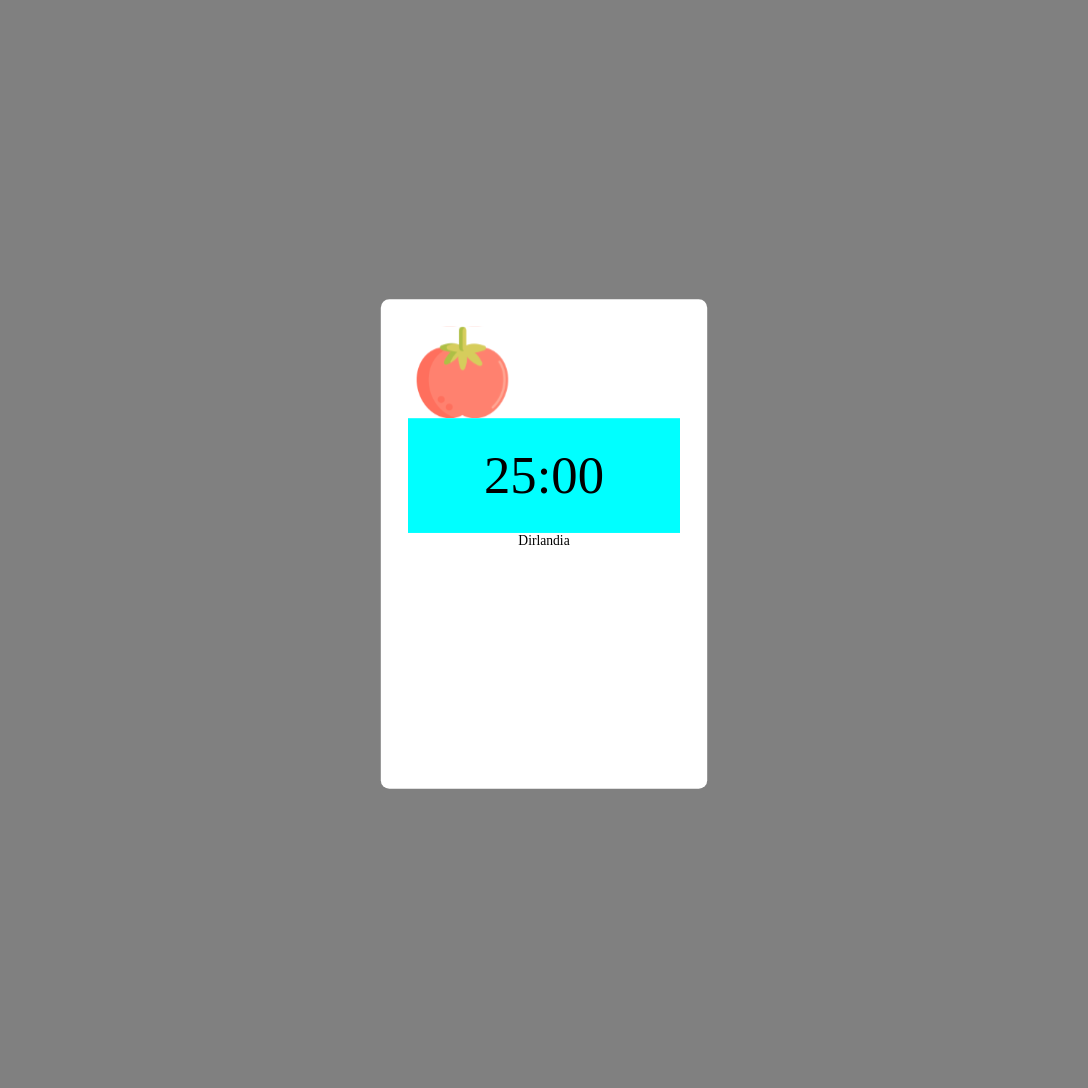
Repository: Dirlandia404/pomodoro
Page: /
An editor plug-in stored every save of this project. The page is shown before and after the next save, followed by the edit.
The browser window is 1280 px wide. The pictures show the whole page, at 85% of full size.
The project was rebuilt for these pictures with package versions that can differ from the ones it lists, and the page was loaded fresh each time.

Above is the page before, as saved 2021-11-24 23:35:08.

After the next save:
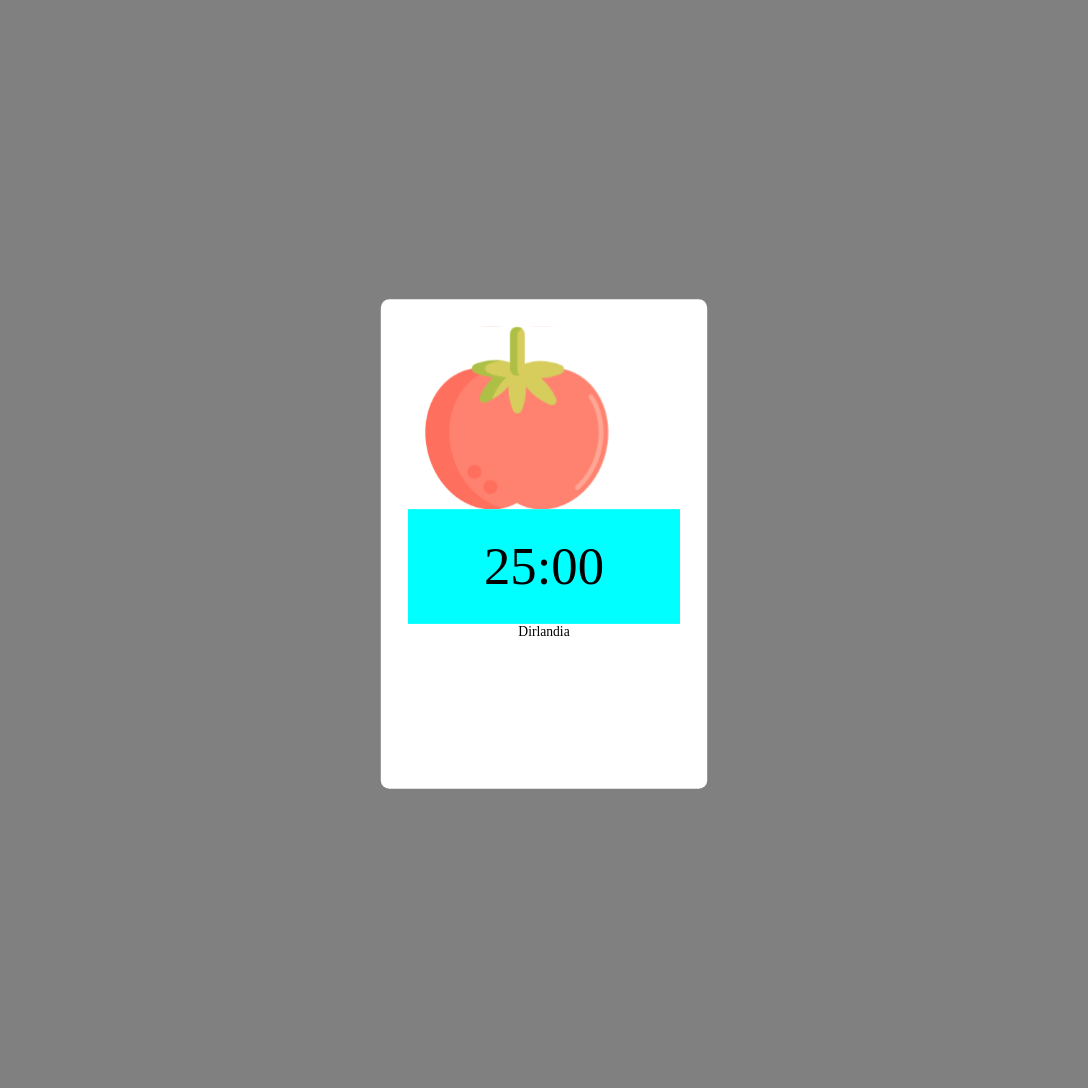
Saved 6 s later.
--- a/src/componentes/componente.css
+++ b/src/componentes/componente.css
@@ -31,7 +31,7 @@ form{
 }
 
 img{
-    width: 40%;
+    width: 80%;
 }
 p.time {
     background-color: aqua;
